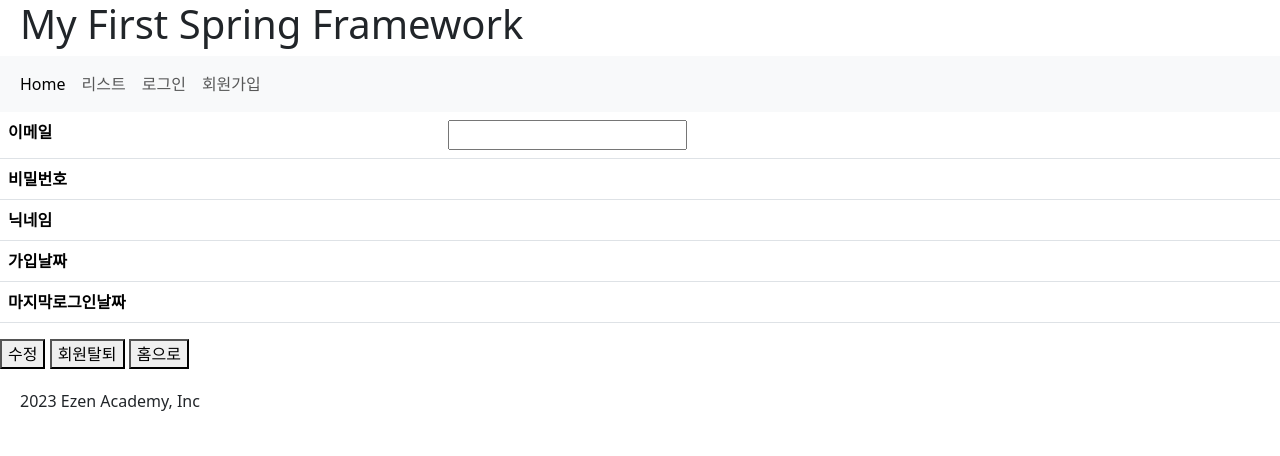
Repository: HongSeungBo/newspring
Page: http://localhost/springProject/WEB-INF/views/member/modify.jsp
An editor plug-in stored every save of this project. The page is shown before and after the next save, followed by the edit.
The browser window is 1280 px wide. The pictures show the whole page.
The page is served by Tomcat 9. Nobody is signed in. Other server files are loaded and not shown. The template is opened directly, without the code that normally fills it, so the values that code supplies are empty.

Above is the page before, as saved 2023-10-31 07:24:07.
Console error: SyntaxError: Unexpected identifier 'eventDefault'

### springProject/src/main/webapp/WEB-INF/views/member/modify.jsp
<%@ page language="java" contentType="text/html; charset=UTF-8"
    pageEncoding="UTF-8"%>
    <%@ taglib prefix="c" uri="http://java.sun.com/jsp/jstl/core" %>
<!DOCTYPE html>
<html>
<head>
<meta charset="UTF-8">
<title>Insert title here</title>
</head>
<body>
<jsp:include page="../common/header.jsp"></jsp:include>
<jsp:include page="../common/nav.jsp"></jsp:include>
<form action="/member/modify" method="post">
<c:set value="${my }" var="my"></c:set>
	<table class="table">
		<tr>
			<th>이메일</th>
			<td>
				<input type="text" name="email" value="${my.email }">
			</td>
		</tr>
		<tr>
			<th>비밀번호</th>
			<td>
			</td>
		</tr>
		<tr>
			<th>닉네임</th>
			<td>
			</td>
		</tr>
		<tr>
			<th>가입날짜</th>
			<td>
			</td>
		</tr>
		<tr>
			<th>마지막로그인날짜</th>
			<td>
			</td>
		</tr>
	</table>
	<button type="submit">수정</button>
	<a href="#"><button type="button">회원탈퇴</button></a>
	<a href="/"><button type="button">홈으로</button></a>
</form>
<jsp:include page="../common/footer.jsp"></jsp:include>
</body>
</html>

### springProject/src/main/webapp/WEB-INF/views/common/header.jsp
<%@ page language="java" contentType="text/html; charset=UTF-8"
    pageEncoding="UTF-8"%>
    <%@ taglib prefix="c" uri="http://java.sun.com/jsp/jstl/core" %>
<!DOCTYPE html>
<html>
<head>
<style type="text/css">
h1{
	margin: 20px;
}
</style>
<meta charset="UTF-8">
<title>Insert title here</title>
<link href="https://cdn.jsdelivr.net/npm/bootstrap@5.3.1/dist/css/bootstrap.min.css" rel="stylesheet" integrity="sha384-4bw+/aepP/YC94hEpVNVgiZdgIC5+VKNBQNGCHeKRQN+PtmoHDEXuppvnDJzQIu9" crossorigin="anonymous">
<script src="https://cdn.jsdelivr.net/npm/bootstrap@5.3.1/dist/js/bootstrap.bundle.min.js" integrity="sha384-HwwvtgBNo3bZJJLYd8oVXjrBZt8cqVSpeBNS5n7C8IVInixGAoxmnlMuBnhbgrkm" crossorigin="anonymous"></script>
</head>
<body>
	<h1>My First Spring Framework</h1>
</body>
</html>

### springProject/src/main/webapp/WEB-INF/views/common/nav.jsp
<%@ page language="java" contentType="text/html; charset=UTF-8"
	pageEncoding="UTF-8"%>
	<%@ taglib prefix="c" uri="http://java.sun.com/jsp/jstl/core" %>
	<%@ taglib prefix="sec"  uri="http://www.springframework.org/security/tags" %>
<!DOCTYPE html>
<html>
<head>
<meta charset="UTF-8">
<title>Insert title here</title>
</head>
<body>
	<header>
		<nav class="navbar navbar-expand-lg bg-body-tertiary">
  <div class="container-fluid">
    <div class="collapse navbar-collapse" id="navbarSupportedContent">
      <ul class="navbar-nav me-auto mb-2 mb-lg-0">
        <li class="nav-item">
          <a class="nav-link active" aria-current="page" href="/">Home</a>
        </li>
        <li class="nav-item">
          <a class="nav-link" href="/board/list">리스트</a>
        </li>
        <sec:authorize access="isAuthenticated()">
        	<!-- 사용자 정보는 principal -->
        	<sec:authentication property="principal.mvo.email" var="authEmail"/>
        	<sec:authentication property="principal.mvo.nickName" var="authNick"/>
        	<sec:authentication property="principal.mvo.authList" var="auths"/>

        	<c:choose>
        		<c:when test="${auths.stream().anyMatch(authVO -> authVO.auth.equals('ROLE_ADMIN')).get() }">
        			<li class="nav-item">
        				<a class="nav-link" href="/member/list">ADMIN > ${authEmail }</a>
        			</li>
        		</c:when>
        		<c:otherwise>
        			<li class="nav-item">
        				<a class="nav-link" href="/member/detail?email=${authEmail }">${authNick }</a>
        			</li>
        		</c:otherwise>
        	</c:choose>
			<li class="nav-item">
			   <a class="nav-link" href="/board/register">글쓰기</a>
			</li>

	    	<li class="nav-item">
	    	    <a class="nav-link" href="/member/logout" id="logoutLink">로그아웃</a>
		    </li>
	    	<li class="nav-item">
	    	    <a class="nav-link" href="/member/modify?email=${authEmail }" id="memmodify">회원정보 수정</a>
		    </li>
	        <form action="/member/logout" method="post" id="logoutForm">
	    	    <input type="hidden" name="email" value="${authEmail }">
	        </form>
        </sec:authorize>

	    <sec:authorize access="isAnonymous()">
	        <li class="nav-item">
	          <a class="nav-link" href="/member/login">로그인</a>
	        </li>
	        <li class="nav-item">
	          <a class="nav-link" href="/member/register">회원가입</a>
	        </li>
	    </sec:authorize>
      </ul>
    </div>
  </div>
</nav>
	</header>
<script type="text/javascript">
document.getElementById('logoutLink').addEventListener('click',function(e){
	e.pr	eventDefault();
	document.getElementById('logoutForm').submit();
})
</script>
</body>
</html>

### springProject/src/main/webapp/WEB-INF/views/common/footer.jsp
<%@ page language="java" contentType="text/html; charset=UTF-8"
    pageEncoding="UTF-8"%>
    <%@ taglib prefix="c" uri="http://java.sun.com/jsp/jstl/core" %>
<!DOCTYPE html>
<html>
<head>
<style type="text/css">
p{
	margin: 20px;
}
</style>
<meta charset="UTF-8">
<title>Insert title here</title>
</head>
<body>
<div>
	<p>2023 Ezen Academy, Inc</p>
</div>
</body>
</html>

After the next save:
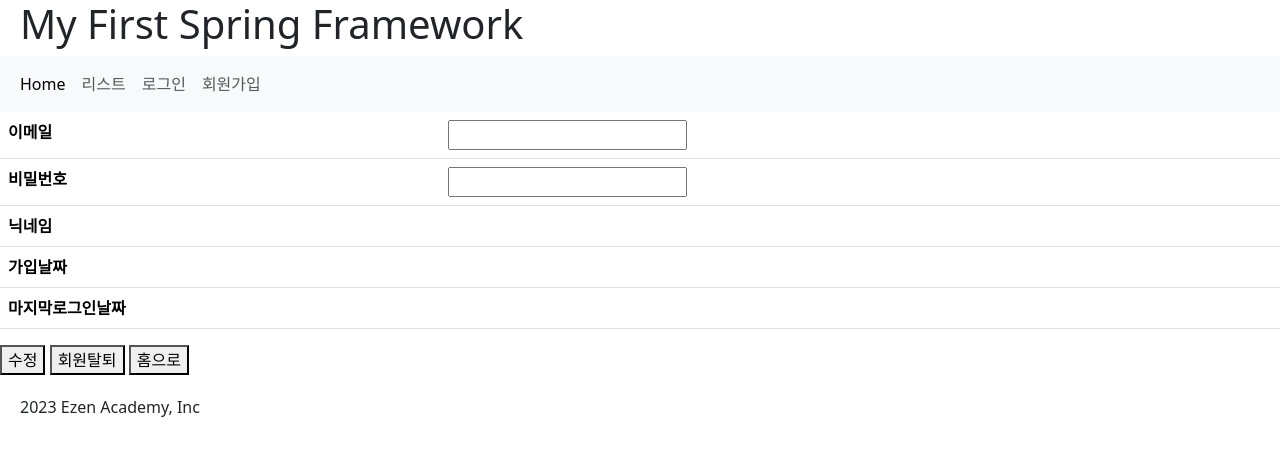
Saved 4 s later.
--- a/springProject/src/main/webapp/WEB-INF/views/member/modify.jsp
+++ b/springProject/src/main/webapp/WEB-INF/views/member/modify.jsp
@@ -22,6 +22,7 @@
 		<tr>
 			<th>비밀번호</th>
 			<td>
+				<input type="text" name="email" value="${my.email }">
 			</td>
 		</tr>
 		<tr>
